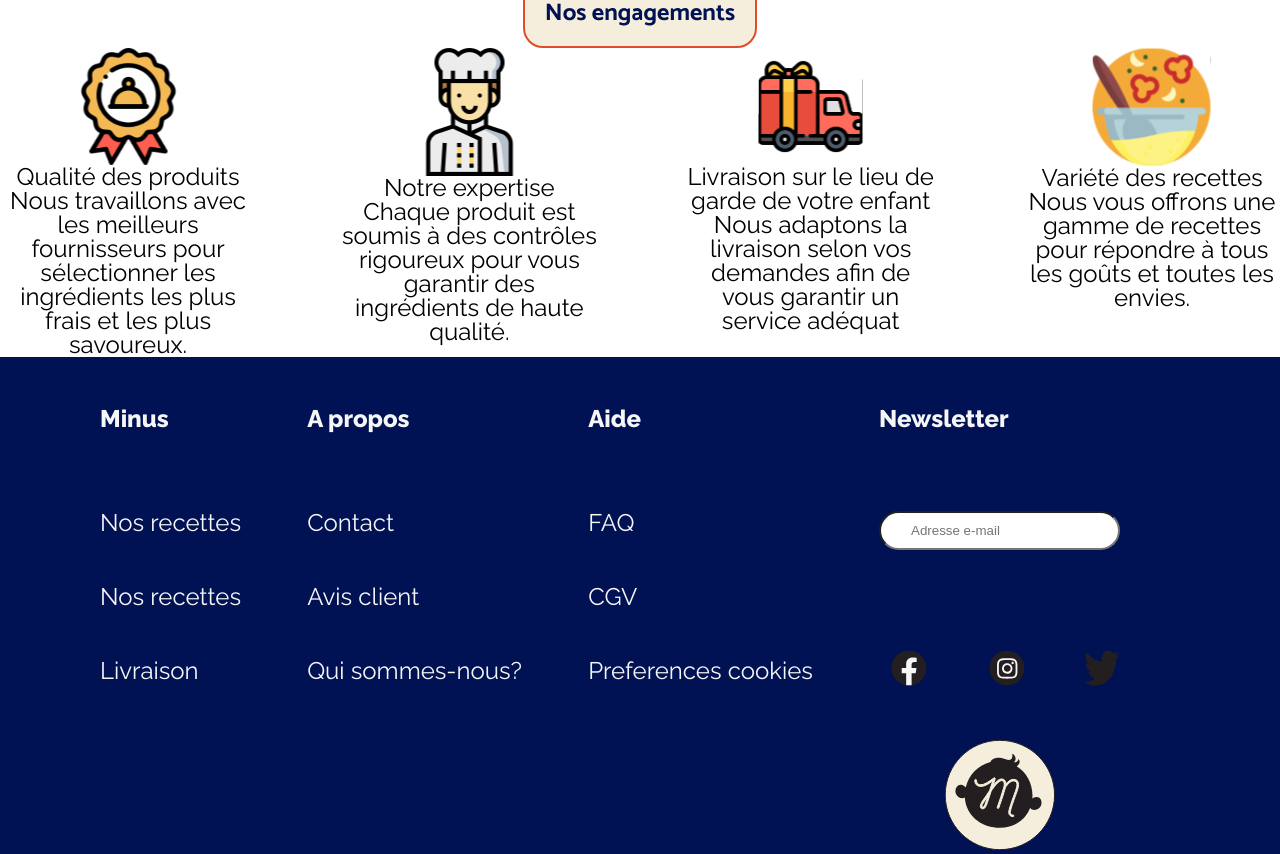
Repository: minus-team7/minus_team7
Page: minus_homepage.html
These files come from the project's save history. The page is drawn as it stood at one moment and after a run of saves; the edit follows.
The browser window is 1280 px wide. The pictures show the part of the page from y = 324 to 1178 px (the page is 1178 px tall).
A picture or video elsewhere on the page could not be fetched, so the positions and the page height are approximate.

Above is the page before, as saved 2023-02-12 22:32:59.

After the next 4 saves:
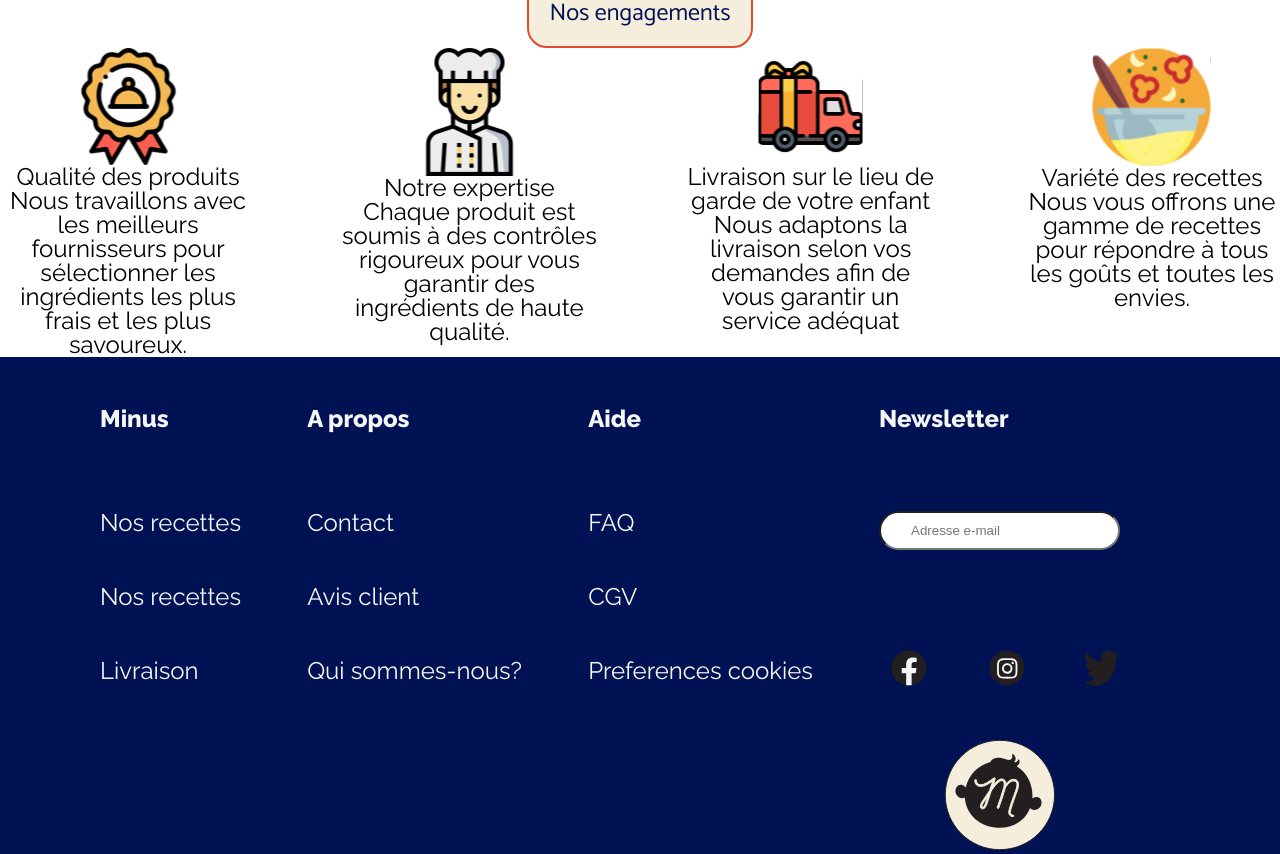
The 4 saves are shown as one change because they came seconds apart.
The last was saved 15 s later.
--- a/minus_homepage.css
+++ b/minus_homepage.css
@@ -17,8 +17,8 @@
     background-color: #F5EEDC;
     text-decoration: none;
     font-family: 'Catamaran',sans-serif;
+    font-size: bold;
     color: #001253;
-    font-weight: bold;
 
 }
 

After the 3 saves that followed:
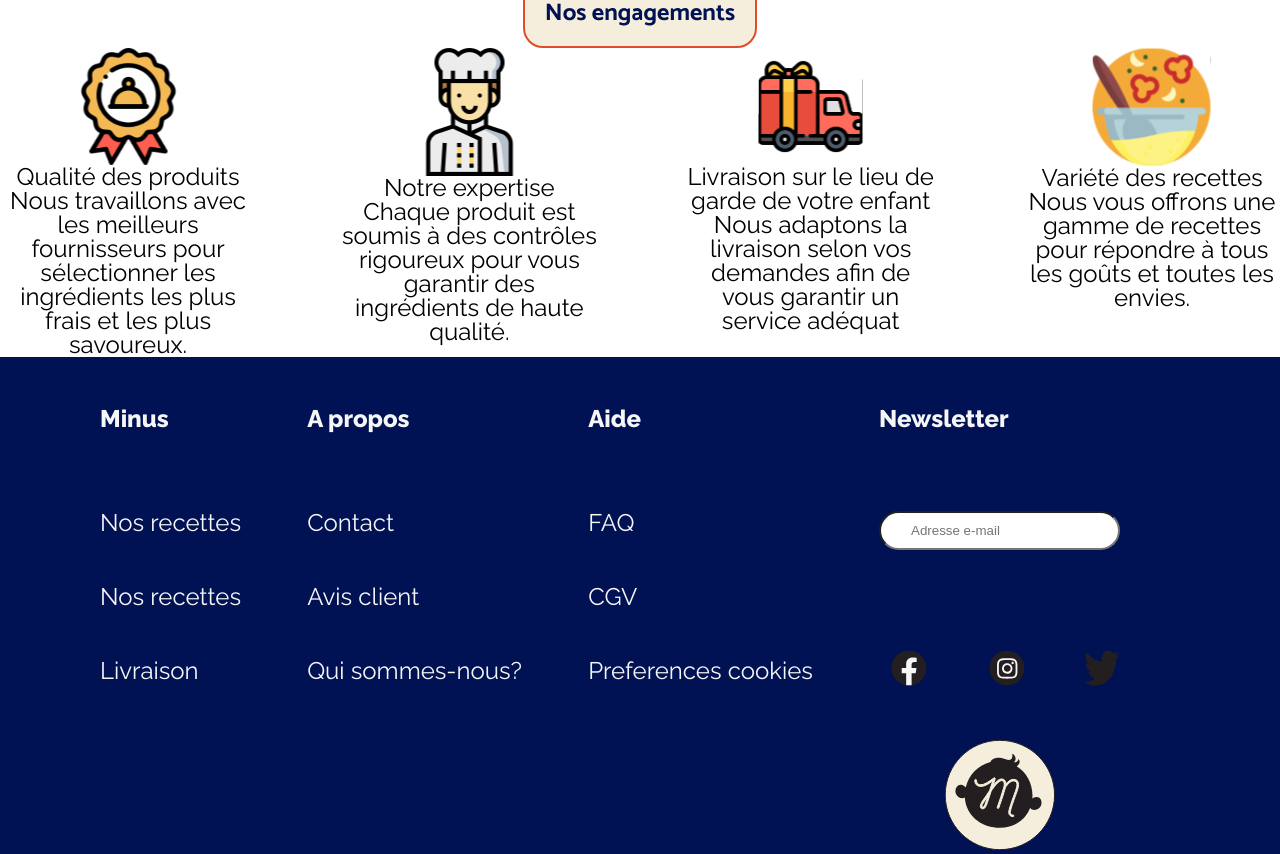
The 3 saves are shown as one change because they came seconds apart.
The last was saved 7 s later.
--- a/minus_homepage.css
+++ b/minus_homepage.css
@@ -17,7 +17,7 @@
     background-color: #F5EEDC;
     text-decoration: none;
     font-family: 'Catamaran',sans-serif;
-    font-size: bold;
+    font-weight: bold;
     color: #001253;
 
 }
